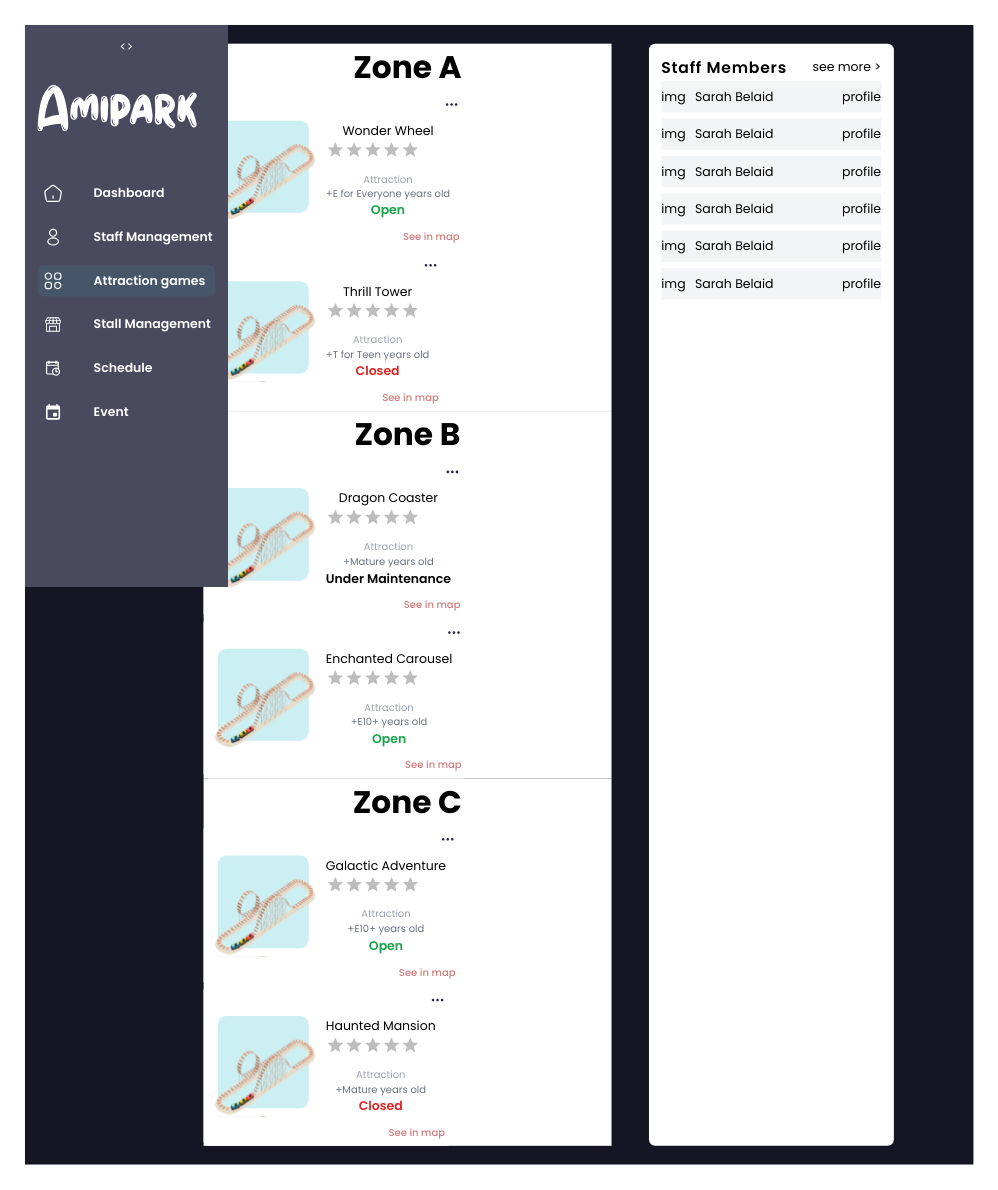
Repository: ImedBousakhria/BDD_AmusementPark_Management-Info
Page: /Attraction (app in client/)
An editor plug-in stored every save of this project. The page is shown before and after a run of saves, followed by the edit.
The browser window is 1280 px wide. The pictures show the whole page, at 78% of full size.
The project was rebuilt for these pictures with package versions that can differ from the ones it lists, and the page was loaded fresh each time. Also part of the build but not shown: client/vite.config.js, client/src/SignIn.jsx, client/src/Signup.jsx, client/src/LandingPage.jsx, client/src/components/Selector.jsx, client/src/Schedule.jsx, client/src/components/charts/AttendanceBars.jsx, client/src/components/charts/AttractionBars.jsx and 7 more.

Above is the page before, as saved 2024-01-10 14:32:29.

After the next 2 saves:
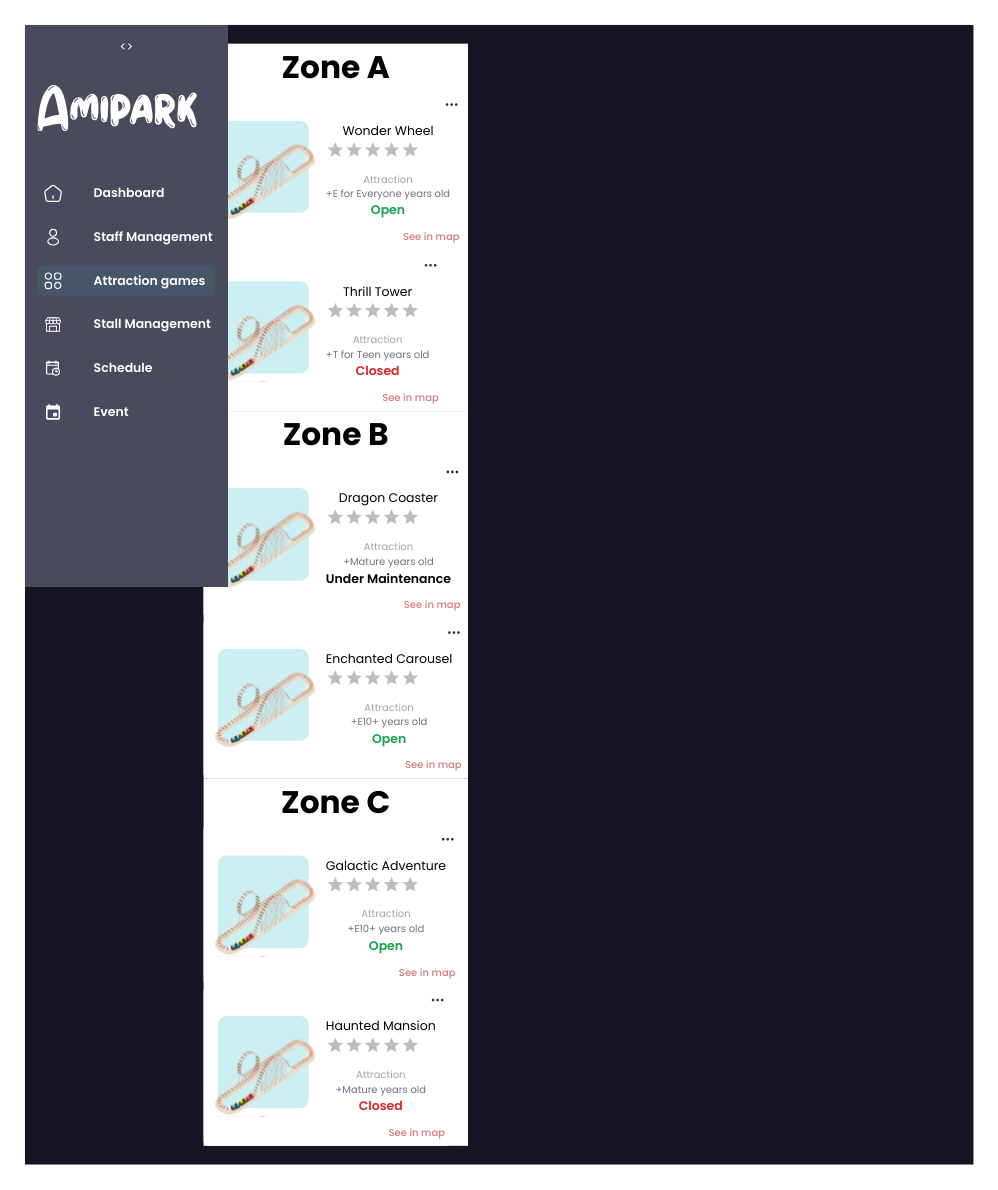
The 2 saves are shown as one change because they came seconds apart.
The last was saved 21 s later.
--- a/client/src/Attractions.jsx
+++ b/client/src/Attractions.jsx
@@ -6,7 +6,7 @@ import GameCard from "./components/GameCard";
 const Attractions = () => {
   return (
     <div className="flex min-h-screen gap-[3rem]">
-      <div className="basis-[80%]">
+      <div className="">
         {zones.map((zone, zoneIndex) => (
           <div key={zoneIndex} className="bg-white">
             <h2>{zone.title}</h2>
@@ -19,9 +19,9 @@ const Attractions = () => {
         ))}
       </div>
 
-      <div className="basis-[60%]">
+      {/* <div className="basis-[60%]">
         <StaffList />
-      </div>
+      </div> */}
     </div>
   );
 };
